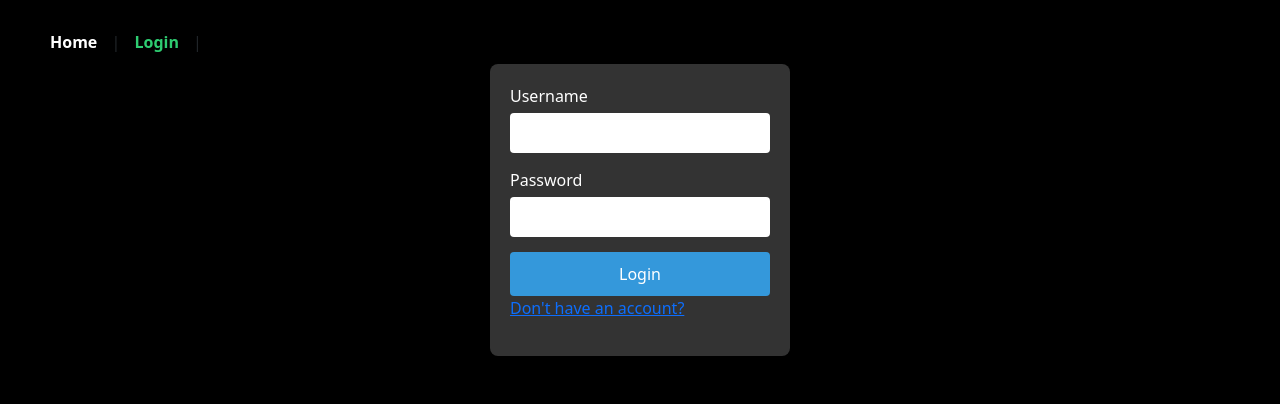
Repository: ag1372/RutgersHealthHackathon
Page: /login (app in ruhealthhack/)
These files come from the project's save history. The page is drawn as it stood at one moment and after the next save; the edit follows.
The browser window is 1280 px wide. The pictures show the whole page.
The project was rebuilt for these pictures with package versions that can differ from the ones it lists, and the page was loaded fresh each time. Also part of the build but not shown: ruhealthhack/vue.config.js, ruhealthhack/views/Home.vue, ruhealthhack/views/Registration.vue.

Above is the page before, as saved 2023-11-04 18:03:06.

### ruhealthhack/public/index.html
<!DOCTYPE html>
<html lang="">
  <head>
    <meta charset="utf-8">
    <meta http-equiv="X-UA-Compatible" content="IE=edge">
    <meta name="viewport" content="width=device-width,initial-scale=1.0">
    <!-- <link rel="stylesheet" href="/styles.css"> -->
  </head>
  <body>
    <div id="app"></div>
  </body>
</html>

### ruhealthhack/src/main.js
import { createApp } from 'vue';
import App from './App.vue';
import router from './router';
import '/stylesheets/styles.css';
import 'bootstrap/dist/css/bootstrap.min.css';
import 'bootstrap';


const app = createApp(App);
app.use(router);
app.mount('#app');

### ruhealthhack/src/App.vue
<template>

  <nav>
      <router-link to="/"> Home </router-link> |
      <!-- <router-link to="/registration">Registration</router-link> | -->
      <router-link to="/login">Login</router-link> |
  </nav>
    <router-view></router-view>
</template>

<script>

</script>

### ruhealthhack/src/router/index.js
// src/router/index.js
import { createRouter, createWebHistory } from 'vue-router';
import Home from '/views/Home.vue';
import Login from '/views/Login.vue';
import Registration from '/views/Registration.vue';

// Create a new router instance with our route definitions
const router = createRouter({
  history: createWebHistory(), // Use the history mode to avoid hashes in URLs
  routes: [
    {
      path: '/',
      name: 'Home',
      component: Home,
    },
    {
      path: '/login',
      name: 'Login',
      component: Login,
    },
    {
      path: '/registration',
      name: 'Registration',
      component: Registration,
    },
    // Add more routes as needed
  ],
});

export default router;

### ruhealthhack/stylesheets/styles.css
styles.css
body {
    margin: 0;
    font-family: 'Helvetica Neue', Helvetica, Arial, sans-serif;
    color: white;
  }

  #app {
    text-align: left;
    padding: 20px;
    min-height: 100vh; /* This ensures that the app element covers the whole viewport height */
    background-color: #000;

  }

  nav {
    background-color: #000;
    padding: 10px 20px;
  }

  nav a {
    color: white;
    text-decoration: none;
    margin: 0 10px;
    font-weight: bold;
  }

  nav a:hover {
    color: #3498db;
  }

  nav a.router-link-exact-active {
    color: #2ecc71;
  }

### ruhealthhack/views/Login.vue
<template>
    <div class="login-container">
      <form @submit.prevent="login">
        <div class="form-group">
          <label for="username">Username</label>
          <input type="text" id="username" v-model="credentials.username" required>
        </div>
        <div class="form-group">
          <label for="password">Password</label>
          <input type="password" id="password" v-model="credentials.password" required>
        </div>
        <button type="submit">Login</button>
      </form>
      <p>
       <router-link to="/registration">Don't have an account? </router-link>
      </p>
    </div>
  </template>

  <script>
  export default {
    name: 'HomeLogin',
    data() {
      return {
        credentials: {
          username: '',
          password: ''
        }
      };
    },
    methods: {
      login() {
        // Handle login logic here
        console.log('Logging in with:', this.credentials);
        // You would replace the above console.log with actual login logic
      }
    }
  }
  </script>

  <style scoped>
    @import '/stylesheets/LoginStyles.css';
  </style>

### ruhealthhack/stylesheets/LoginStyles.css
.login-container {
    max-width: 300px;
    margin: auto;
    padding: 20px;
    background-color: #333;
    color: white;
    border-radius: 8px;
    box-shadow: 0 2px 10px rgba(0, 0, 0, 0.3);
  }

  .form-group {
    margin-bottom: 15px;
  }

  label {
    display: block;
  }

  input[type="text"],
  input[type="password"] {
    width: 100%;
    padding: 8px;
    margin-top: 5px;
    border-radius: 4px;
    border: none;
  }

  button {
    width: 100%;
    padding: 10px;
    border: none;
    border-radius: 4px;
    background-color: #3498db;
    color: white;
    cursor: pointer;
  }

  button:hover {
    background-color: #2980b9;
  }
  .router-link {
  color: #3498db;
  text-decoration: none;
}

.router-link:hover {
  text-decoration: underline;
}

After the next save:
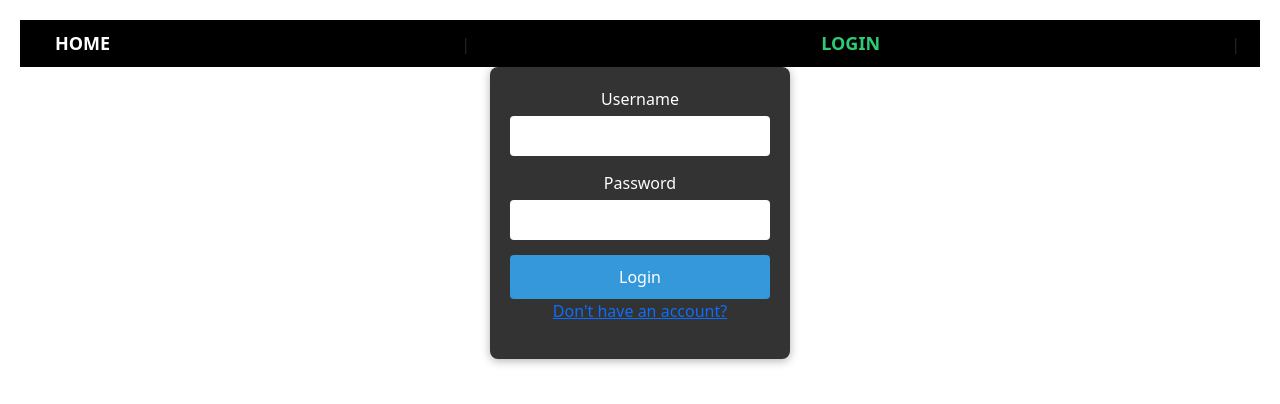
Saved 7 s later.
--- a/ruhealthhack/stylesheets/styles.css
+++ b/ruhealthhack/stylesheets/styles.css
@@ -1,34 +1,48 @@
-styles.css
+/* styles.css */
 body {
-    margin: 0;
-    font-family: 'Helvetica Neue', Helvetica, Arial, sans-serif;
-    color: white;
-  }
+  margin: 0;
+  font-family: 'Helvetica Neue', Helvetica, Arial, sans-serif;
+  color: white;
+  background-color: #000; /* Assuming you want the whole page to have a black background */
+}
 
-  #app {
-    text-align: left;
-    padding: 20px;
-    min-height: 100vh; /* This ensures that the app element covers the whole viewport height */
-    background-color: #000;
+#app {
+  text-align: center; /* Center aligns elements for dynamic text */
+  padding: 20px;
+  min-height: 100vh;
+}
 
-  }
+nav {
+  background-color: #000;
+  padding: 10px 20px;
+  display: flex; /* Flexbox layout for the navigation */
+  align-items: center; /* Align items vertically */
+  justify-content: space-between; /* Space out nav items and logo */
+}
 
-  nav {
-    background-color: #000;
-    padding: 10px 20px;
-  }
+nav a {
+  color: white;
+  text-decoration: none;
+  margin: 0 15px; /* Increase spacing if needed */
+  font-weight: bold;
+  font-size: 18px; /* Match the font size to Ophelia if needed */
+  text-transform: uppercase; /* Uppercase letters for a more stylized look */
+}
 
-  nav a {
-    color: white;
-    text-decoration: none;
-    margin: 0 10px;
-    font-weight: bold;
-  }
+nav a:hover {
+  color: #3498db; /* Blue color for hover state */
+}
 
-  nav a:hover {
-    color: #3498db;
-  }
+nav a.router-link-exact-active {
+  color: #2ecc71; /* Green color for active state */
+}
 
-  nav a.router-link-exact-active {
-    color: #2ecc71;
-  }
+/* Add your dynamic text CSS here */
+.dynamic-text {
+  /* Styling for your dynamic text */
+  font-size: 48px; /* Example size, adjust as necessary */
+  font-weight: 700; /* Bold font */
+  color: white; /* Text color */
+  margin: 20px 0; /* Spacing above and below the text */
+  /* You can add more styling as per your design requirements */
+}

After the 2 saves that followed:
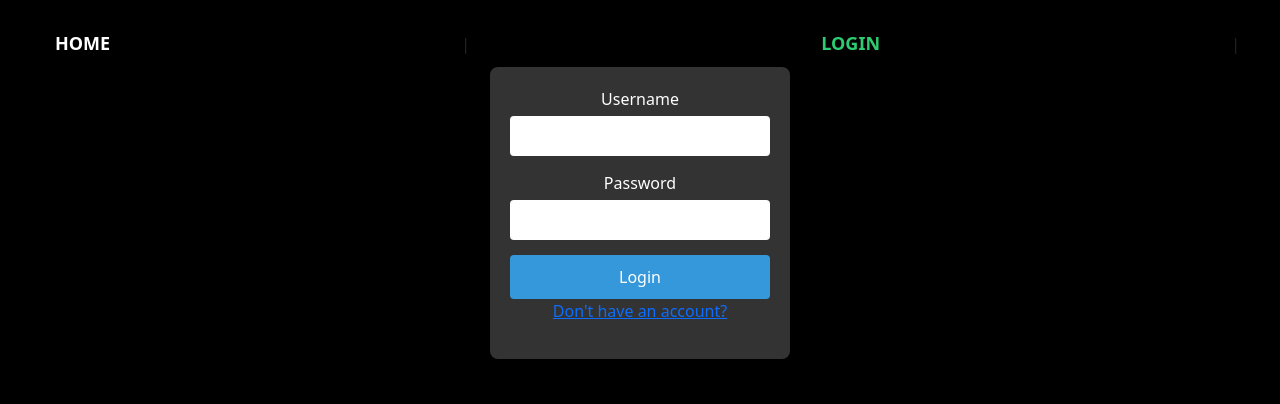
The 2 saves are shown as one change because they came seconds apart.
The last was saved 19 s later.
--- a/ruhealthhack/stylesheets/styles.css
+++ b/ruhealthhack/stylesheets/styles.css
@@ -3,13 +3,14 @@
   margin: 0;
   font-family: 'Helvetica Neue', Helvetica, Arial, sans-serif;
   color: white;
-  background-color: #000; /* Assuming you want the whole page to have a black background */
 }
 
 #app {
   text-align: center; /* Center aligns elements for dynamic text */
   padding: 20px;
   min-height: 100vh;
+  background-color: #000; /* Assuming you want the whole page to have a black background */
+
 }
 
 nav {
